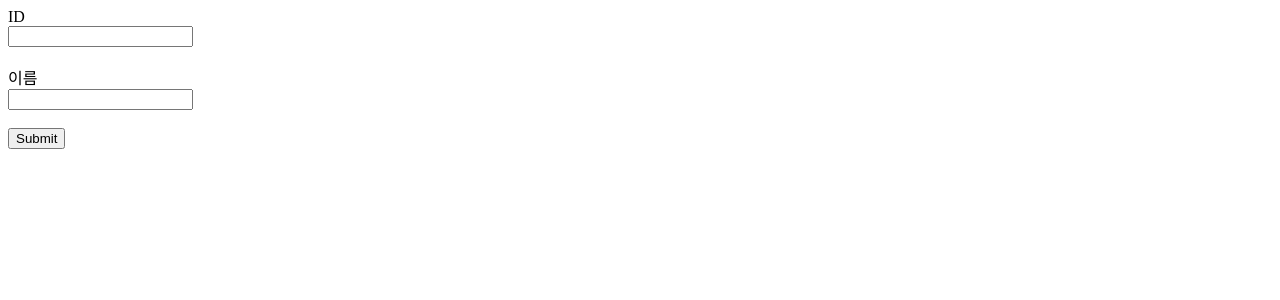
Repository: sangmin95/DB_sokick
Page: SoKick/SoKick/WebContent/Login.html
An editor plug-in stored every save of this project. The page is shown before and after the next save, followed by the edit.
The browser window is 1280 px wide. The pictures show the whole page.

Above is the page before, as saved 2018-12-17 18:39:31.

### SoKick/SoKick/WebContent/Login.html
<!DOCTYPE html>
<html>
<head>
<meta charset="UTF-8">
<title>Insert title here</title>
</head>
<body>
<form action="insert.jsp">
ID <br>
<input type="text" name="sendid"> <br><br>

이름<br>
<input type="text" name="sendname"> <br><br>

<input type="submit">

</form>
</body>
</html>

After the next save:
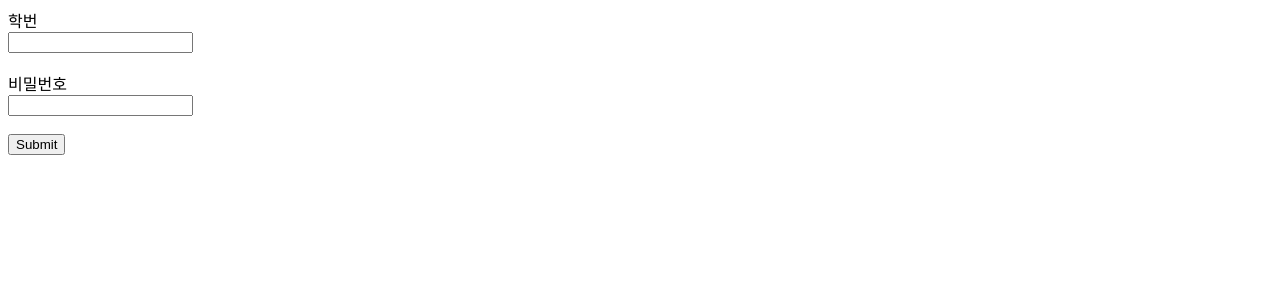
Saved 22 s later.
--- a/SoKick/SoKick/WebContent/Login.html
+++ b/SoKick/SoKick/WebContent/Login.html
@@ -6,10 +6,10 @@
 </head>
 <body>
 <form action="insert.jsp">
-ID <br>
+학번 <br>
 <input type="text" name="sendid"> <br><br>
 
-이름<br>
+비밀번호 <br>
 <input type="text" name="sendname"> <br><br>
 
 <input type="submit">
